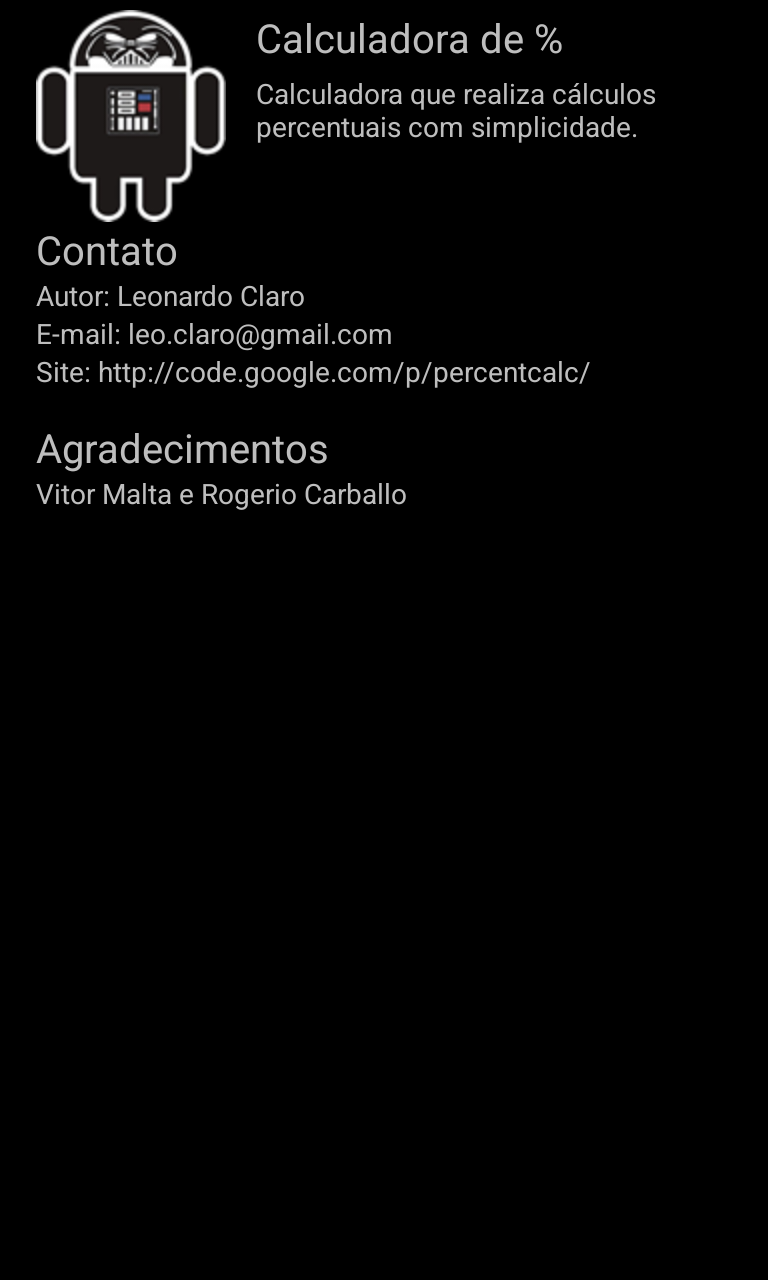
Repository: leoclaro/percentcalc
Layout: CalcularPercentagem/res/layout/sobre.xml
An editor plug-in stored every save of this project. The layout is shown before and after a run of saves, followed by the edit.
It is drawn on a 768 x 1280 px phone screen (xhdpi) without system bars, with theme android:Theme; the app's code is not run.

Above is the layout before, as saved 2012-05-09 19:16:43.

### CalcularPercentagem/res/layout/sobre.xml
<?xml version="1.0" encoding="utf-8"?>
<RelativeLayout xmlns:android="http://schemas.android.com/apk/res/android"
    android:layout_width="match_parent"
    android:layout_height="match_parent" >

    <ImageView
        android:id="@+id/imageViewBG"
        android:layout_width="wrap_content"
        android:layout_height="wrap_content"
        android:layout_alignParentLeft="true"
        android:layout_alignParentTop="true"
        android:layout_marginLeft="18dp"
        android:layout_marginTop="5dp"
        android:contentDescription="@string/sobreTitulo"
        android:src="@drawable/bg_sobre" />

    <TextView
        android:id="@+id/textViewTitulo"
        android:layout_width="wrap_content"
        android:layout_height="wrap_content"
        android:layout_alignTop="@+id/imageViewBG"
        android:layout_marginLeft="128dp"
        android:text="@string/sobreTitulo"
        android:textSize="20dp" />

    <TextView
        android:id="@+id/textViewDescricao"
        android:layout_width="wrap_content"
        android:layout_height="wrap_content"
        android:layout_alignLeft="@+id/textViewTitulo"
        android:layout_below="@+id/textViewTitulo"
        android:layout_marginTop="5dp"
        android:text="@string/sobreDescricao" />

    <TextView
        android:id="@+id/textViewContato"
        android:layout_width="wrap_content"
        android:layout_height="wrap_content"
        android:layout_alignLeft="@+id/imageViewBG"
        android:text="@string/sobreContato"
        android:layout_below="@+id/imageViewBG"
        android:textSize="20dp" />

    <TextView
        android:id="@+id/textViewAutor"
        android:layout_width="wrap_content"
        android:layout_height="wrap_content"
        android:layout_alignLeft="@+id/imageViewBG"
        android:layout_below="@+id/textViewContato"
        android:text="@string/sobreAutor" />
    <TextView
        android:id="@+id/textViewEmail"
        android:layout_width="wrap_content"
        android:layout_height="wrap_content"
        android:layout_alignLeft="@+id/imageViewBG"
        android:layout_below="@+id/textViewAutor"
        android:text="@string/sobreEmail" />

    <TextView
        android:id="@+id/textViewWebsite"
        android:layout_width="wrap_content"
        android:layout_height="wrap_content"
        android:layout_alignLeft="@+id/imageViewBG"
        android:layout_below="@+id/textViewEmail"
        android:text="@string/sobreWebsite" />

    <TextView
        android:id="@+id/textViewAgradecimentos"
        android:layout_width="wrap_content"
        android:layout_height="wrap_content"
        android:layout_alignLeft="@+id/imageViewBG"
        android:text="@string/sobreAgradecimentos"
        android:layout_below="@+id/textViewWebsite"
        android:layout_marginTop="15dp"
        android:textSize="20dp" />

    <TextView
        android:id="@+id/textViewAgradecimentosCredito"
        android:layout_width="wrap_content"
        android:layout_height="wrap_content"
        android:layout_alignLeft="@+id/imageViewBG"
        android:layout_below="@+id/textViewAgradecimentos"
        android:text="@string/sobreAgradecimentosCredito" />

</RelativeLayout>

### CalcularPercentagem/res/values/sobrestrings.xml
<?xml version="1.0" encoding="utf-8"?>
<resources>
    <string name="sobreTitulo">Calculadora de %</string>
    <string name="sobreAutor">Autor: Leonardo Claro</string>
    <string name="sobreEmail">E-mail: leo.claro@gmail.com</string>
    <string name="sobreWebsite">Site: http://code.google.com/p/percentcalc/</string>
    <string name="sobreDescricao">Calculadora que realiza cálculos percentuais com simplicidade.</string>
    <string name="sobreContato">Contato</string>
    <string name="sobreAgradecimentosCredito">Vitor Malta e Rogerio Carballo</string>
    <string name="sobreAgradecimentos">Agradecimentos</string>
    <string name="sobreVersao">Versão: 1.1</string>

</resources>

After the next 2 saves:
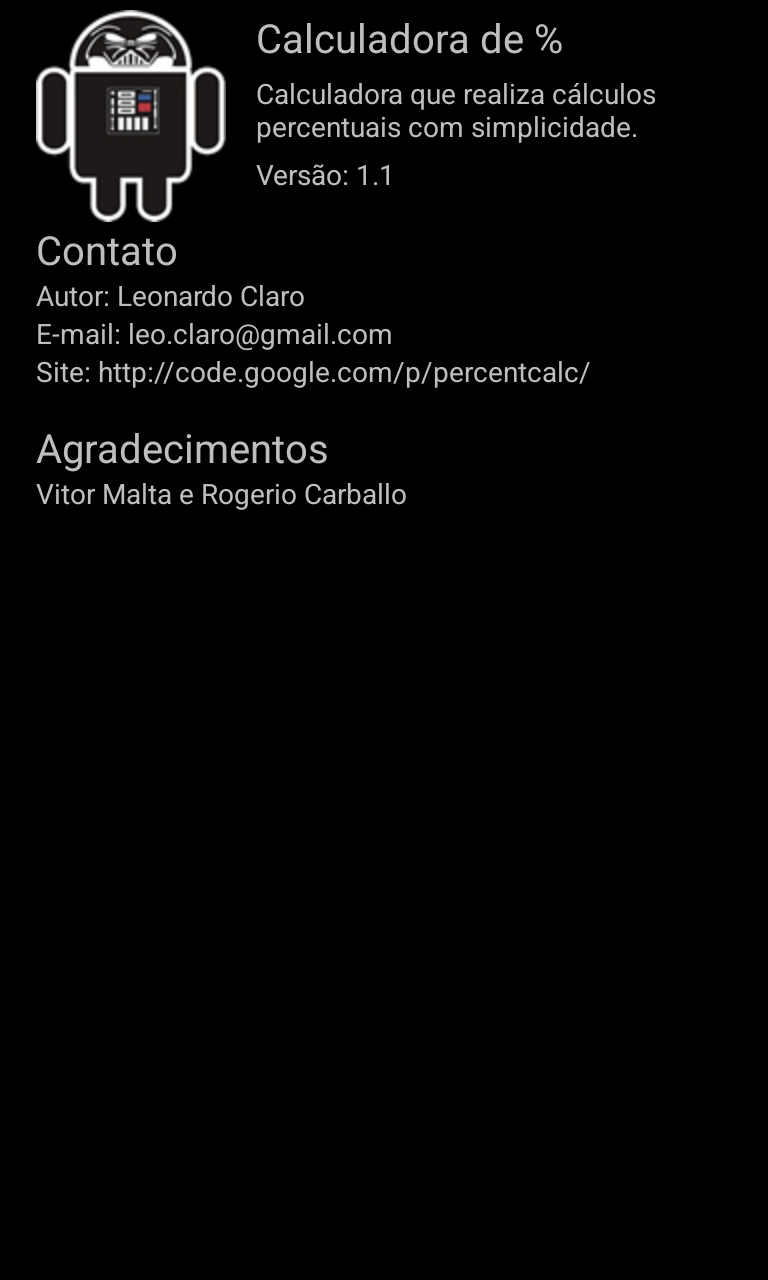
The 2 saves are shown as one change because they came seconds apart.
The last was saved 37 s later.
--- a/CalcularPercentagem/res/layout/sobre.xml
+++ b/CalcularPercentagem/res/layout/sobre.xml
@@ -31,6 +31,15 @@
         android:layout_below="@+id/textViewTitulo"
         android:layout_marginTop="5dp"
         android:text="@string/sobreDescricao" />
+
+    <TextView
+        android:id="@+id/textViewVersao"
+        android:layout_width="wrap_content"
+        android:layout_height="wrap_content"
+        android:layout_alignLeft="@+id/textViewTitulo"
+        android:layout_below="@+id/textViewDescricao"
+        android:layout_marginTop="5dp"
+        android:text="@string/sobreVersao" />
 
     <TextView
         android:id="@+id/textViewContato"
